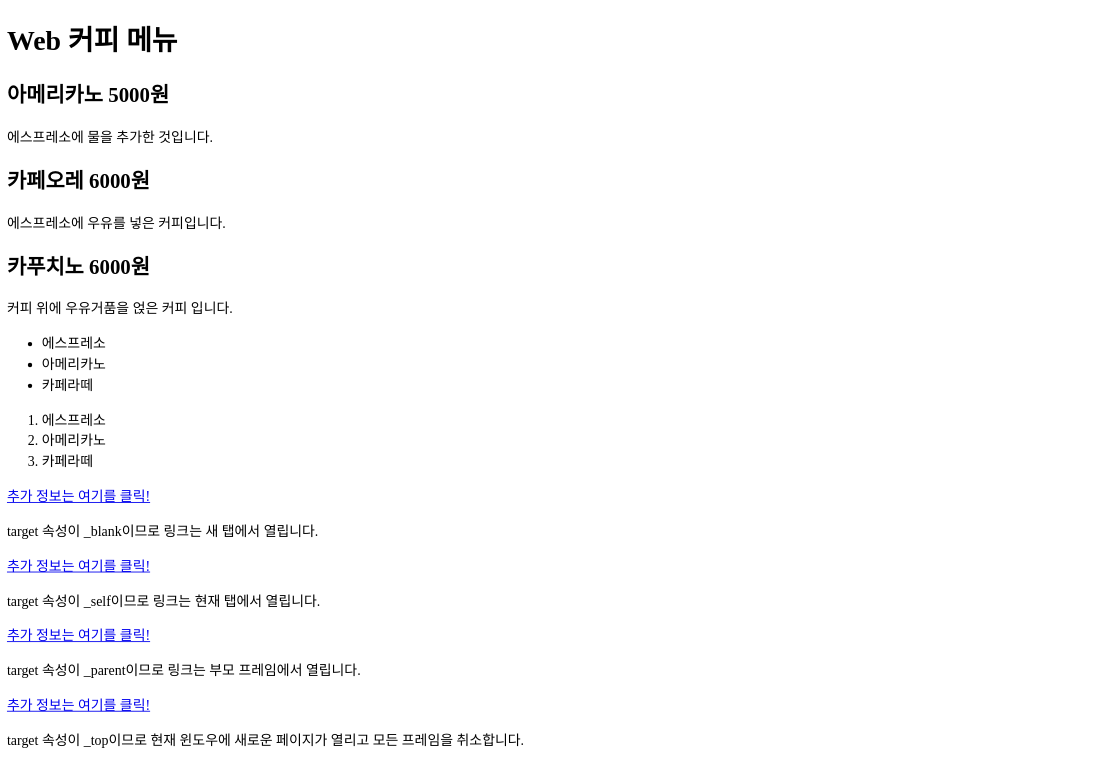
Repository: dhbaek2004/JSPex
Page: http://localhost/UX/UX_01.jsp
These files come from the project's save history. The page is drawn as it stood at one moment and after the next save; the edit follows.
The browser window is 1280 px wide. The pictures show the whole page, at 87% of full size.
The page is served by Tomcat 9.

Above is the page before, as saved 2020-08-25 08:29:51.

After the next save:
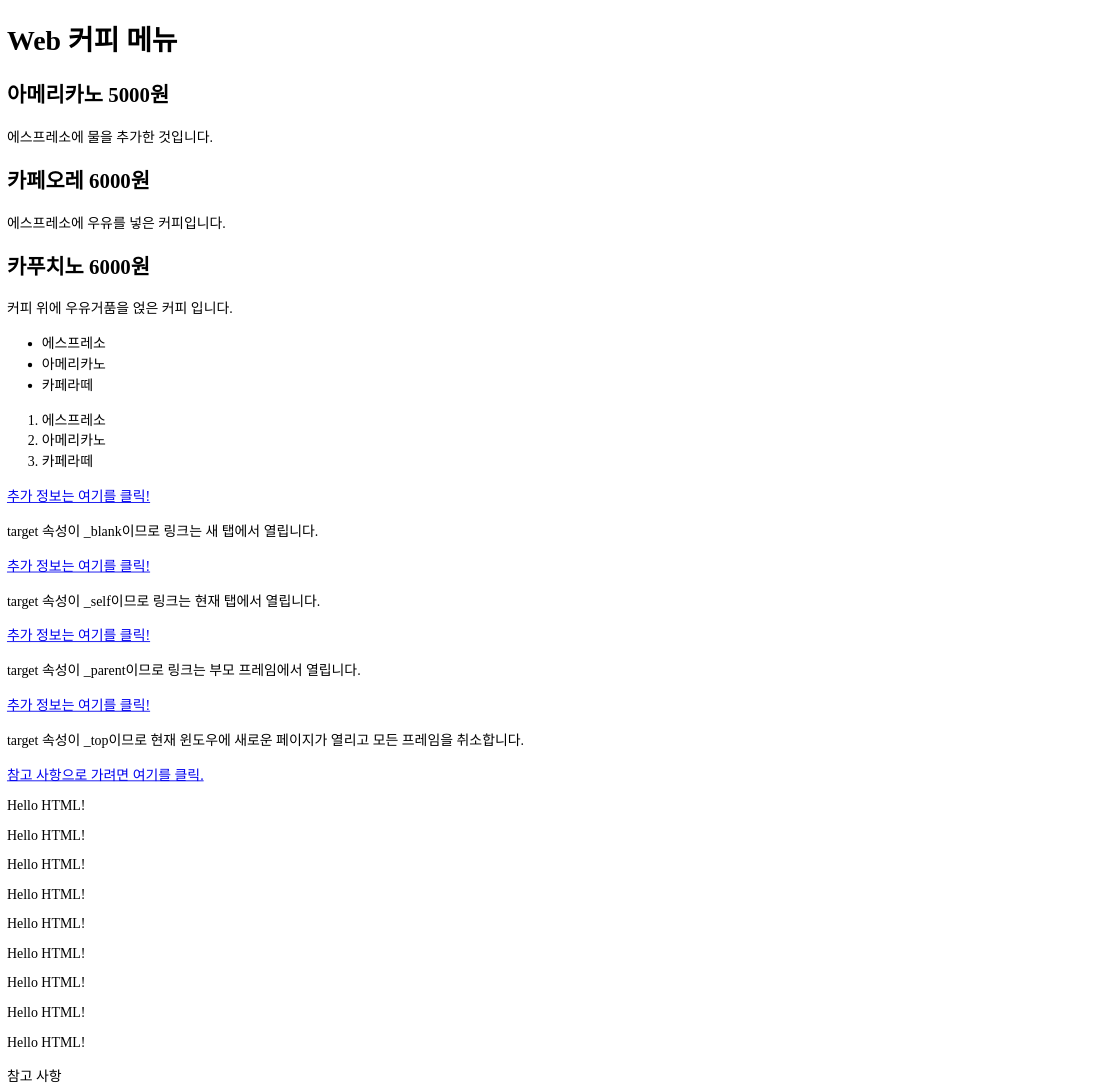
Saved 6 min 20 s later.
--- a/Infrearn/UX/UX/WebContent/UX_01.jsp
+++ b/Infrearn/UX/UX/WebContent/UX_01.jsp
@@ -39,6 +39,19 @@
 	<a href="http://www.google.com/" target="_top">추가 정보는 여기를 클릭!</a>
 	<p>target 속성이 _top이므로 현재 윈도우에 새로운 페이지가 열리고 모든 프레임을 취소합니다.</p>
 
+	<a href="section1">참고 사항으로 가려면 여기를 클릭.</a>
+
+	<p> Hello HTML!</p>
+	<p> Hello HTML!</p>
+	<p> Hello HTML!</p>
+	<p> Hello HTML!</p>
+	<p> Hello HTML!</p>
+	<p> Hello HTML!</p>
+	<p> Hello HTML!</p>
+	<p> Hello HTML!</p>
+	<p> Hello HTML!</p>
+
+	<a id="section1">참고 사항</a>
 
 </body>
 
